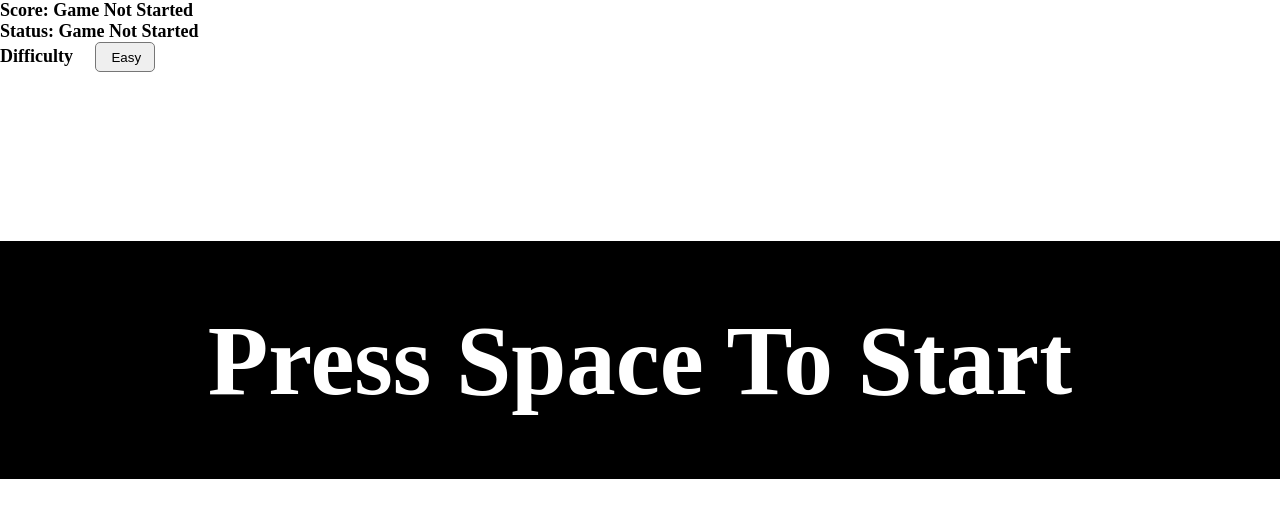
Repository: lulyany/bytedance_hw2
Page: test.html
These files come from the project's save history. The page is drawn as it stood at one moment and after the next save; the edit follows.
The browser window is 1280 px wide. The pictures show the whole page.

Above is the page before, as saved 2022-03-12 02:41:28.

### test.html
<!DOCTYPE html>
<html lang="en">

<head>
  <meta charset="UTF-8">
  <link rel="stylesheet" href="test.css">
  <!-- <style>
  </style> -->
  <title>贪吃蛇版吃奖杯小游戏</title>
</head>

<body>
  <div id="Start_game"><span data-text="" >Press Space To Start</span></div>
  <div id="score"><span>Score:</span> <strong>Game Not Started</strong></div>
  <div id="dir"><span>Status:</span> <strong>Game Not Started</strong></div>
  <div id="diff"><span>Difficulty</span>
    <select>
      <option value ="500">Easy</option>
      <option value ="300">Normal</option>
      <option value="100">Hard</option>
      <option value="50">Extremely Hard</option>
    </select>
  </div>
  <div id="map">  <!--map-->
    <div id="Snak_head"><iframe src="/src/robot.svg"></iframe></div> <!--Snak_head-->
  </div>


  <!-- <embed id="mySVG" src="/src/prize.svg" type="image/svg+xml" />  -->
  <!-- dynamic add prizes -->

  <script type="text/javascript" src="test.js"></script>
</body>

</html>

### test.css
*{
    box-sizing: border-box;
    margin:0;
    padding: 0;
  }
  html,body{
    height: 100%;
    width: 100%;
    font-size: 18px;
    font-weight: 600;
  }
  #map{
    position: absolute;
    margin:auto;
    width: 670px;
    height: 670px;
    border: 5px solid black;
    top:0;
    bottom: 0;
    left:0;
    right:0;
    visibility:hidden;
  }
  #Snak_head{
    width: 20px;
    height: 20px;
    position: absolute;
    box-shadow: 0 0 15px 1px black;
    /* background-color: red; */
  }
  iframe{
      width: 20px;
      height: 20px;
  }

  .food_span{
    background-image: "/src/prize.png";
    position: absolute;
    display: block;
    /* background-color: blue; */
    width: 20px;
    height: 20px;
  }

  /* .food_span{
    width: 20px;
    height: 20px;
  } */

  .Snak_body{
    position: absolute;
    width: 20px;
    height: 20px;
    background-color: black;
    box-shadow: 0 0 15px 1px black;
  }
  #Start_game{
    position: absolute;
    width: 100%;
    height: 33%;
    top:0;
    bottom:0;
    margin:auto;
    display: flex;
    visibility: visible;
    align-items:center;
    justify-content:space-around;
    border:1px solid black;
    font-size: 5.5rem;
    background-color: black;
    color: white;
    z-index: 9999;
    font: monospace;
  }
  #Start_game span{
    position: relative;
  }
  select {
    appearance:none;
    -moz-appearance:none;
    -webkit-appearance:none;
    width:60px;
    height: 30px;
    margin-left:18px;
    outline: none;
    padding-left:15px;
    border-radius: 5px;
  }
  #Start_game span:after {
    position: absolute;
    overflow: hidden;
    display: inline-block;
    vertical-align: bottom;
    animation: loading 2s -2s steps(3) infinite;
    content: attr(data-text);
  }
  @keyframes loading {
    0%{
      width: 0rem;
    }
    33%{
      width: 5rem;
    }
    100%{
      width: 10rem;
    }
  }

### test.js

let game_status         //进程ID
let status = "off"      //开始/暂停
let game_over_val = 0   //游戏状态 1：进行中  0：ganmeover
let key_status = true   //按键状态

var svgDoc = null;

addEventListener("keydown",(e)=>{  //监听按键事件
  if (e.keyCode === 32) {
      game_mode()  //执行游戏状态
  }
  if(!key_status){
    return
  }
  if (e.keyCode == 37  && game_over_val === 1) {
    if (coordinate_X.length === 1) {
      direction = "after"
    } else {
      direction = direction === "before" ? "before" : "after"
    }
    key_status = false
    if (status === "on" ) dir.children[1].textContent = direction === "before" ? "\u2192" : "\u2190"
  } else if (e.keyCode == 38  && game_over_val === 1) {
      if (coordinate_X.length === 1) {
        direction = "up"
      } else {
        direction = direction === "down" ? "down" : "up"
      }
      key_status = false
      if (status === "on") dir.children[1].textContent = direction === "down" ? "\u2193" : "\u2191"
  } else if (e.keyCode == 39  && game_over_val === 1) {
      if (coordinate_X.length === 1) {
        direction = "before"
      } else {
        direction = direction === "after" ? "after" : "before"
      }
      key_status = false
      if (status === "on") dir.children[1].textContent = direction === "after" ? "\u2190" : "\u2192"
  } else if (e.keyCode == 40  && game_over_val === 1) {
      if (coordinate_X.length === 1) {
        direction = "down"
      } else {
        direction = direction === "up" ? "up" : "down"
      }
      key_status = false
      if (status === "on") dir.children[1].textContent = direction === "up" ? "\u2191" : "\u2193"
  }
})

//执行游戏状态
function game_mode() {
  if (status === "off") {
    Start_game.style.visibility = "hidden"
    map.style.visibility = "visible"
    status = "on"
    if (game_over_val === 0) {
      init()  //初始化
      game_over_val = 1
    }
    if (!foodNode) append_food()                     //投放食物
    game_status = setInterval(move_direction, time)  //开始游戏
  } else {
      key_status = true
      Start_game.style.visibility = "visible"
      map.style.visibility = "hidden"
      status = "off"
      Start_game.children[0].textContent = "游戏暂停中"
      Start_game.children[0].dataset.text = "..."
      clearInterval(game_status)                    //暂停游戏
  }
}



let
    direction,              //前进方向
    coordinate_X,
    coordinate_Y,
    temp_X,temp_Y,          //蛇身构造坐标(交换用)
    food_coordinate = [],   //食物坐标数组
    foodNode,               //食物节点
    time




function init(){  //初始化
  score.children[1].textContent = "0"     //得分
  dir.children[1].textContent = "\u2192" //前进方向文本
  time = diff.children[1].value - 0   //游戏难度(时间间隔)
  direction = "before"                //默认前进方向
  coordinate_X = [0]                  //snak的X坐标数组[0] snak_head坐标
  coordinate_Y = [320]                //snak的Y坐标数组[0] snak_head坐标
  Snak_head.style.top = coordinate_Y[0] - 0 + "px"
  Snak_head.style.left = coordinate_X[0] + 0 + "px"
  let node = map.children
  for (let i = node.length - 1; i >= 0; i--) {
    if (node[i].className === "Snak_body") map.removeChild(node[i])
  }
}


function move_direction(){  //移动以及移动过程中的事件判断
  let last_body_X = coordinate_X[coordinate_X.length - 1],
      last_body_Y = coordinate_Y[coordinate_Y.length - 1]
      temp_X = coordinate_X[0]
      temp_Y = coordinate_Y[0]
  if (direction === "up" && coordinate_Y[0] - 20 >= 0) {
    Snak_head.style.top = coordinate_Y[0] - 20 + "px"
    coordinate_Y[0] -= 20
  } else if (direction === "down" && coordinate_Y[0] + 20 <= 640) {
      Snak_head.style.top = coordinate_Y[0] + 20 + "px"
      coordinate_Y[0] += 20
  } else if (direction === "before" && coordinate_X[0] + 20 <= 640) {
      Snak_head.style.left = coordinate_X[0] + 20 + "px"
      coordinate_X[0] += 20
  } else if (direction === "after" && coordinate_X[0] - 20 >= 0) {
      Snak_head.style.left = coordinate_X[0] - 20 + "px"
      coordinate_X[0] -= 20
  } else {
     game_over()
     return
  }
  if (coordinate_X[0] === food_coordinate[0] && coordinate_Y[0] === food_coordinate[1]) {
    score.children[1].textContent = score.children[1].textContent - 0 + 1
    food_coordinate = []
    let Snak_body = document.createElement("div")
    Snak_body.className = "Snak_head"
    Snak_body.style.left = last_body_X + "px"
    Snak_body.style.top = last_body_Y + "px"
    map.appendChild(Snak_body)
    coordinate_X.push(last_body_X)
    coordinate_Y.push(last_body_Y)
    map.removeChild(foodNode)
    append_food()
  }
  key_status = true
  snake()
  if (!game_over_judge()) {
    game_over()
  }
}


function append_food(){ //添加食物
  foodNode = document.createElement("span")
  foodNode.className = "food_span"
  let count = 0, val
  while (count != 2) {
    val = parseInt(Math.round(Math.random() * 1000) / 20) * 20
    if (val > 640) continue
    if (coordinate_X.indexOf(val) === -1) {
      if (count === 0) {
        foodNode.style.left = val + "px"
      } else {
        foodNode.style.top = val + "px"
      }
      food_coordinate.push(val)
      count++
    }
  }
  map.appendChild(foodNode)
}

function snake(){     //重构蛇身
  let snak = map.getElementsByTagName("div")
  for (let i = snak.length - 1; i >= 1; i--) {
    if (i === 1) {
      snak[1].style.left = temp_X + "px"
      snak[1].style.top = temp_Y + "px"
      coordinate_X[1] = temp_X
      coordinate_Y[1] = temp_Y
      break
    }
    snak[i].style.left = coordinate_X[i - 1] + "px"
    snak[i].style.top = coordinate_Y[i - 1] + "px"
    coordinate_X[i] = coordinate_X[i - 1]
    coordinate_Y[i] = coordinate_Y[i - 1]
  }
}


function game_over_judge() {    //游戏结束判断
  let judge_X = coordinate_X.slice(1),judge_Y = coordinate_Y.slice(1)
  for (let i = 0; i < judge_X.length; i++) {
    if (judge_X[i] === coordinate_X[0]) {
      if (judge_Y[i] === coordinate_Y[0]) return false
    }
  }
  return true
}

function game_over(){   //游戏结束
  Start_game.style.visibility = "visible"
  map.style.visibility = "hidden"
  status = "off"
  key_status = true
  game_over_val = 0
  Start_game.children[0].textContent = "Game over ！！！"
  Start_game.children[0].dataset.text = ""
  clearInterval(game_status)
}

After the next save:
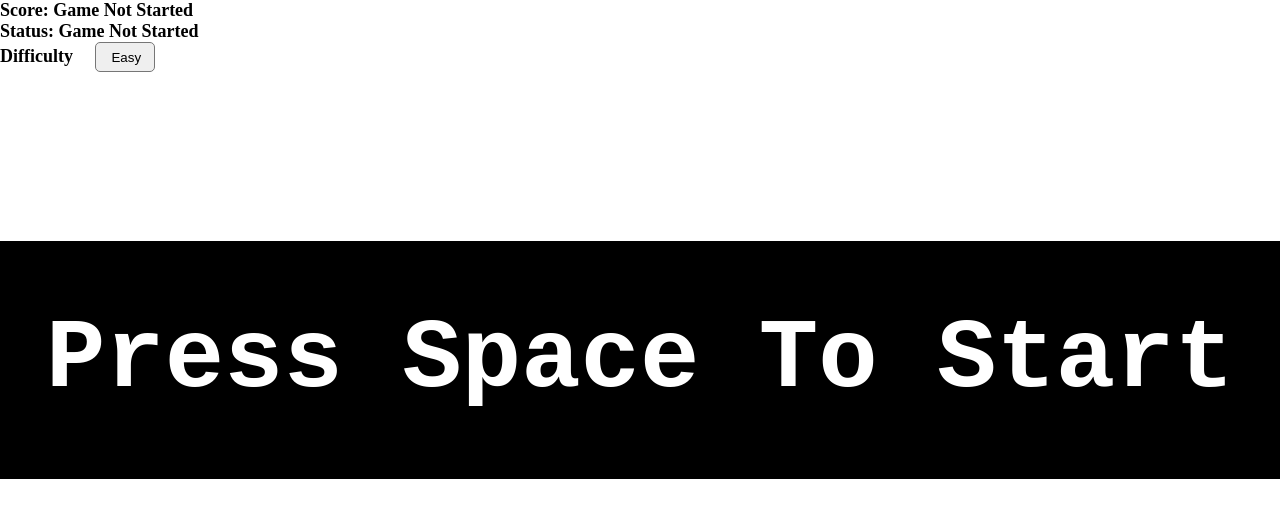
Saved 40 s later.
--- a/test.css
+++ b/test.css
@@ -70,7 +70,7 @@
     background-color: black;
     color: white;
     z-index: 9999;
-    font: monospace;
+    font-family: monospace;
   }
   #Start_game span{
     position: relative;
